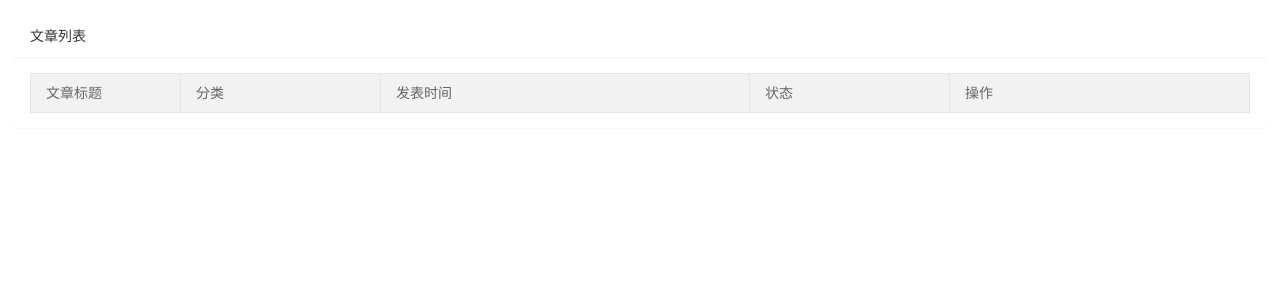
Repository: xxsleep/-
Page: home/article/art_list.html
The author's editor kept a copy of each file at every save. The page is drawn from the files as they stood at one save, then again after the next save.
The browser window is 1280 px wide. The pictures show the whole page.
The page's requests for data from a server got no answer.

Above is the page before, as saved 2020-11-28 09:58:38.
Console error: TypeError: Cannot read properties of undefined (reading 'status')

### home/article/art_list.html
<!DOCTYPE html>
<html lang="en">

<head>
    <meta charset="UTF-8">
    <meta name="viewport" content="width=device-width, initial-scale=1.0">
    <title>Document</title>
    <link rel="stylesheet" href="/assets/lib/layui/css/layui.css">
    <link rel="stylesheet" href="/assets/css/article/art_list.css">
</head>

<body>
    <div class="layui-card">
        <div class="layui-card-header">文章列表</div>
        <div class="layui-card-body">
            <table class="layui-table">
                <colgroup>
                    <col width="150">
                    <col width="200">
                    <col>
                    <col width="200">
                    <col width="300">
                </colgroup>
                <thead>
                    <tr>
                        <th>文章标题</th>
                        <th>分类</th>
                        <th>发表时间</th>
                        <th>状态</th>
                        <th>操作</th>
                    </tr>
                </thead>
                <tbody>
                    <!-- <tr>
                        <td>贤心</td>
                        <td>2016-11-29</td>
                        <td>人生就像是一场修行</td>
                        <td>人生就像是一场修行</td>
                        <td></td>
                    </tr> -->

                </tbody>
            </table>
        </div>
    </div>

    <script type="text/html" id="trTpl">
        {{each data v i}}
        <tr>
            <td>{{v.title}}</td>
            <td>{{v.cate_name}}</td>
            <td>{{v.pub_date}}</td>
            <td>{{v.state}}</td>
            <td>
                <button type="button" class="layui-btn layui-btn-xs">编辑</button>
                <button type="button" class="layui-btn layui-btn-danger layui-btn-xs">删除</button>
            </td>
        </tr>
        {{/each}}
    </script>

    <script src="/assets/lib/jquery.js"></script>
    <script src="/assets/lib/layui/layui.all.js"></script>
    <script src="/assets/lib/template-web.js"></script>
    <script src="/assets/js/ajaxBase.js"></script>
    <script src="/assets/js/article/art_list.js"></script>
</body>

</html>

### assets/css/article/art_list.css
* {
    margin: 0;
    padding: 0;
}

body {
    padding: 15px;
}

### assets/js/ajaxBase.js
$.ajaxPrefilter(function (options) {
    options.url = "http://ajax.frontend.itheima.net" + options.url;

    if (options.url.indexOf("/my/") !== -1) {
        options.headers = {
            Authorization: localStorage.getItem("token"),
        };
    }

    options.complete = function (xhr) {
        if (xhr.responseJSON.status === 1 && xhr.responseJSON.message === '身份认证失败') {
            localStorage.removeItem('token')
            location.href = '/home/login.html'
        }
    }





});

### assets/js/article/art_list.js
$(function () {
    let form = layui.form
    let layer = layui.layer

    // getList()
    let query = {
        pagenum: 1, // 页码值, 默认加载第一页的数据
        pagesize: 2, // 每页显示多少条数据
        cate_id: "", // 文章分类的 Id
        state: "", // 文章的状态，可选值有：已发布、草稿
    };

    // function getList() {
    $.ajax({
        url: '/my/article/list',
        data: query,
        success: function (res) {
            console.log(res);
            console.log(template('trTpl', res));
            $('tbody').html(template('trTpl', res))
        }
    })
    // }

})

Loaded but not shown: assets/lib/layui/css/layui.css (library); assets/lib/jquery.js (library); assets/lib/layui/layui.all.js (library); assets/lib/template-web.js (library); assets/lib/layui/css/modules/laydate/default/laydate.css (library); assets/lib/layui/css/modules/layer/default/layer.css (library); assets/lib/layui/css/modules/code.css (common file)

After the next save:
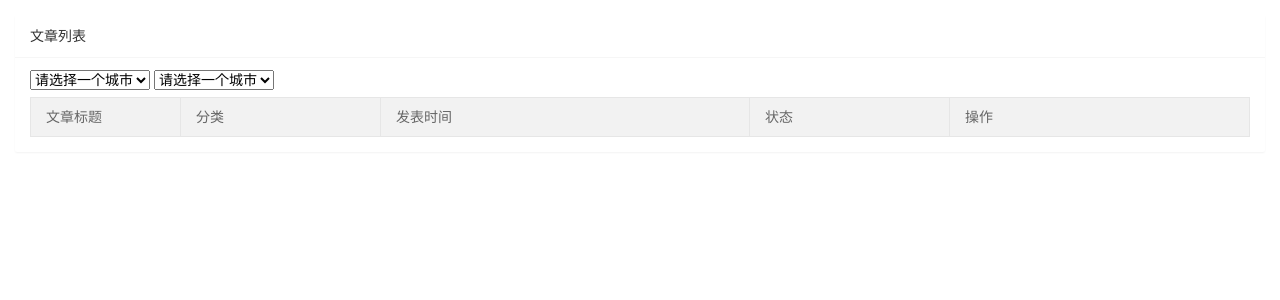
Saved 3 min 35 s later.
--- a/home/article/art_list.html
+++ b/home/article/art_list.html
@@ -13,6 +13,18 @@
     <div class="layui-card">
         <div class="layui-card-header">文章列表</div>
         <div class="layui-card-body">
+            <select name="city" lay-verify="">
+                <option value="">请选择一个城市</option>
+                <option value="010">北京</option>
+                <option value="021">上海</option>
+                <option value="0571">杭州</option>
+            </select>
+            <select name="city" lay-verify="">
+                <option value="">请选择一个城市</option>
+                <option value="010">北京</option>
+                <option value="021">上海</option>
+                <option value="0571">杭州</option>
+            </select>
             <table class="layui-table">
                 <colgroup>
                     <col width="150">
